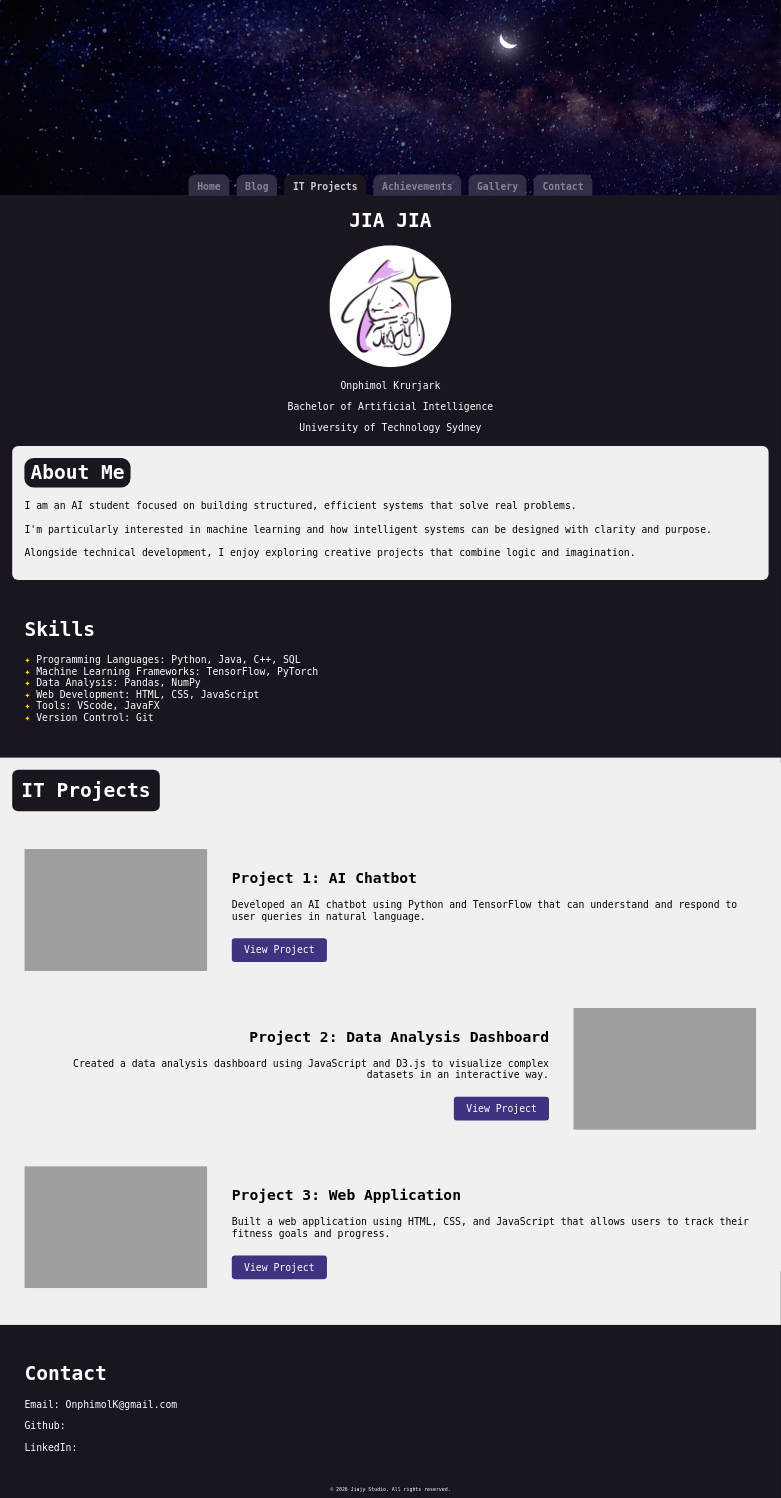
Repository: JMauve2233248/JiajyStudio
Page: ITprojects.html
These files come from the project's save history. The page is drawn as it stood at one moment and after the next save; the edit follows.
The browser window is 1280 px wide. The pictures show the whole page, at 61% of full size.
Pictures or frames that could not be fetched are drawn as grey boxes.

Above is the page before, as saved 2026-03-05 02:45:16.

After the next save:
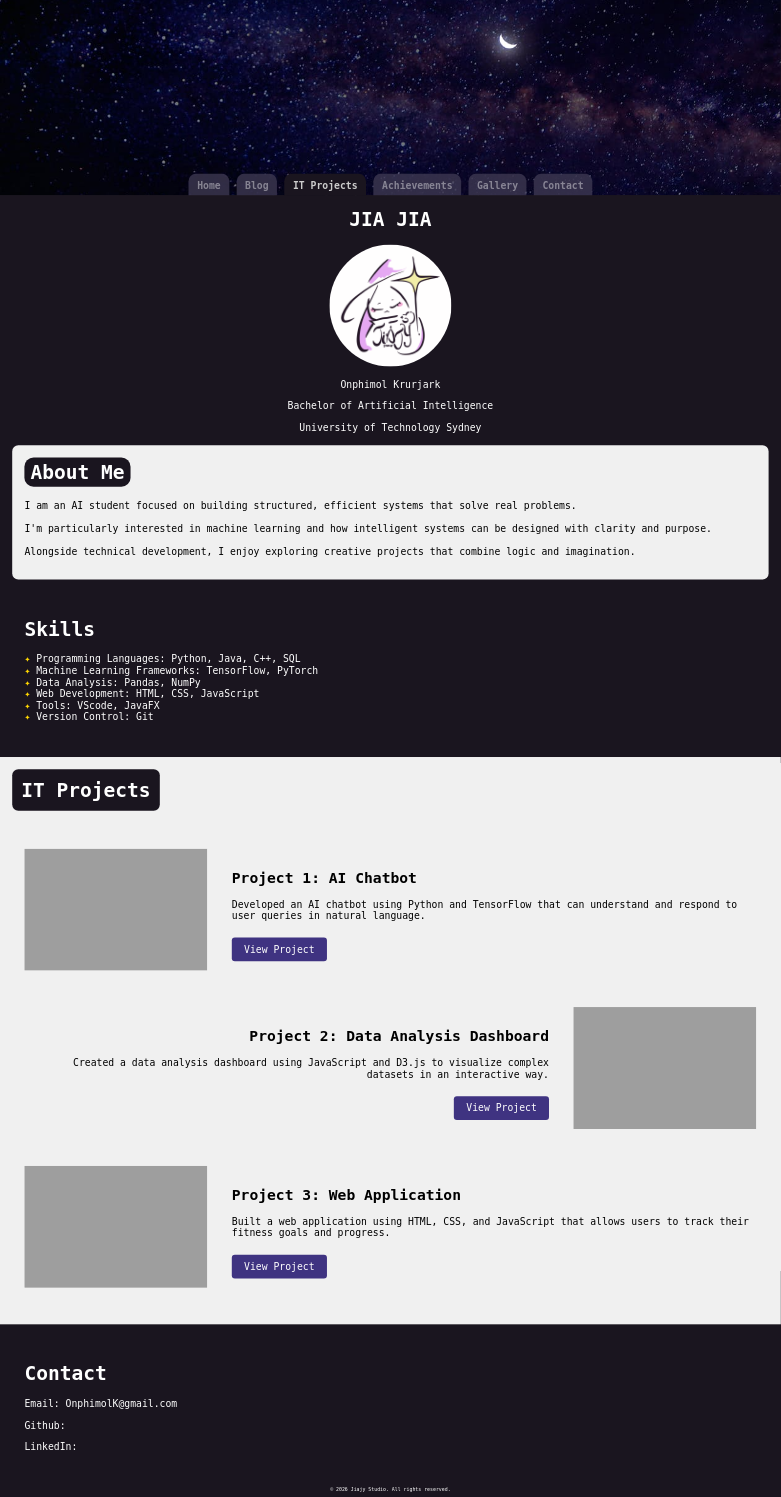
Saved 7 min 31 s later.
--- a/css/main.css
+++ b/css/main.css
@@ -145,7 +145,7 @@
     text-align: center;
     padding: 0 16px;
     box-sizing: border-box;
-    margin-top: -37px;
+    margin-top: -38px;
 
     width: 100%;
     overflow-x: auto; /* Allow horizontal scrolling if tabs exceed viewport width */
